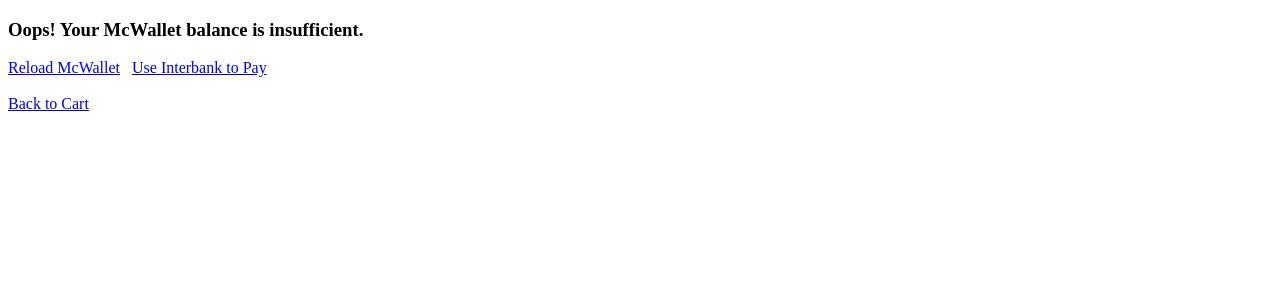
Repository: Jeck97/Mcdonald-Delivery-System
Page: McDelivery/WebContent/placeOrder/insufficientBalancePage.html
These files come from the project's save history. The page is drawn as it stood at one moment and after the next save; the edit follows.
The browser window is 1280 px wide. The pictures show the whole page.

Above is the page before, as saved 2020-07-11 16:29:26.

After the next save:
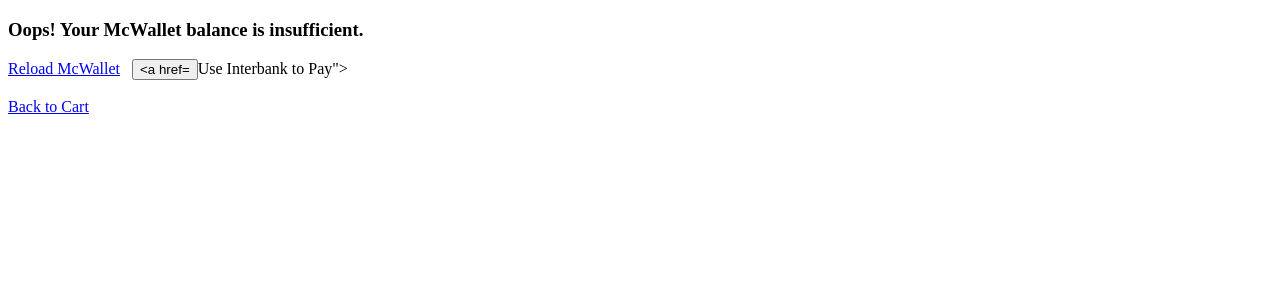
Saved 59 s later.
--- a/McDelivery/WebContent/placeOrder/insufficientBalancePage.html
+++ b/McDelivery/WebContent/placeOrder/insufficientBalancePage.html
@@ -10,7 +10,8 @@
 
 	<form action="paymentServlet" method="post">
 	<a href="../reloadMcWallet/reloadForm.jsp">Reload McWallet</a> &nbsp;
-	<a href="#" type="submit">Use Interbank to Pay</a><br><br>
+	<input type="submit" value="<a href="#" type="submit">Use Interbank to Pay</a>">
+	<br><br>
 	<a href="checkOutPage.jsp">Back to Cart</a>
 </form>
 </body>

After the 2 saves that followed:
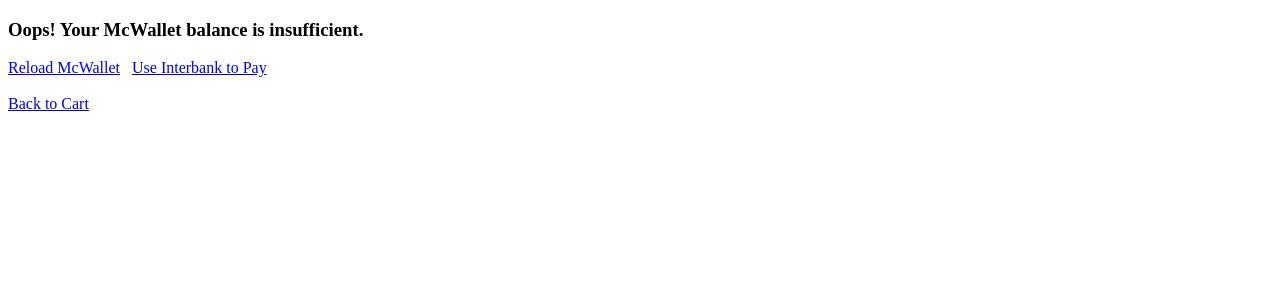
The 2 saves are shown as one change because 1 left the picture as it was.
The last was saved 3 min 11 s later.
--- a/McDelivery/WebContent/placeOrder/insufficientBalancePage.html
+++ b/McDelivery/WebContent/placeOrder/insufficientBalancePage.html
@@ -8,11 +8,10 @@
 
 	<h3>Oops! Your McWallet balance is insufficient.</h3>
 
-	<form action="paymentServlet" method="post">
 	<a href="../reloadMcWallet/reloadForm.jsp">Reload McWallet</a> &nbsp;
-	<input type="submit" value="<a href="#" type="submit">Use Interbank to Pay</a>">
+	<a href="paymentServlet" >Use Interbank to Pay</a>
 	<br><br>
 	<a href="checkOutPage.jsp">Back to Cart</a>
-</form>
+
 </body>
 </html>
